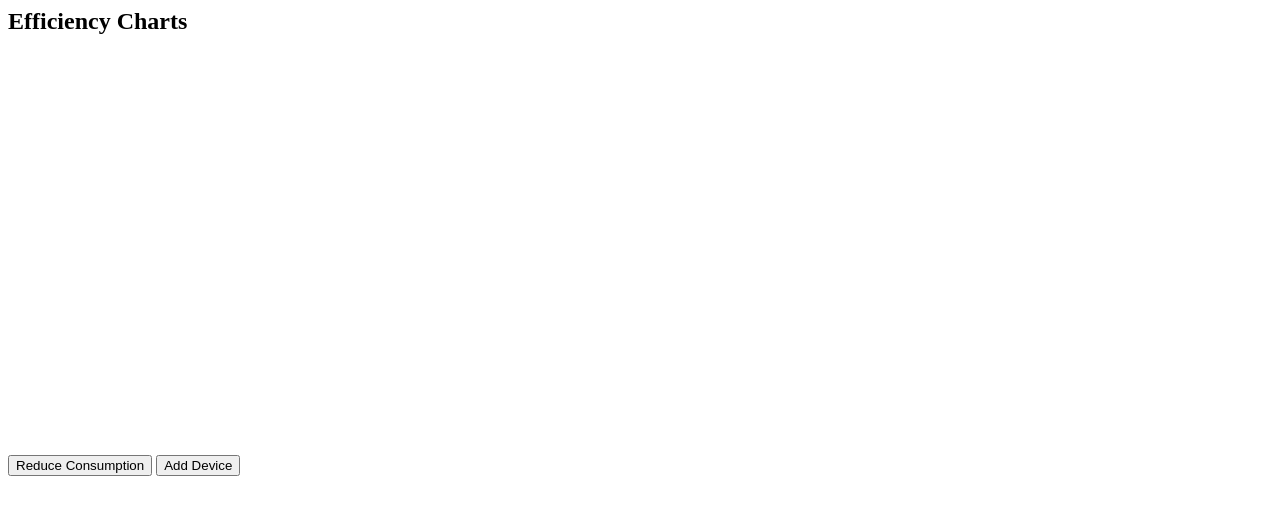
Repository: sau123/IoT-Distributive-System
Page: server/com.assignment2.server/WebContent/_views/efficiency.html
The author's editor kept a copy of each file at every save. The page is drawn from the files as they stood at one save, then again after the next save.
The browser window is 1280 px wide. The pictures show the whole page.

Above is the page before, as saved 2015-08-03 08:17:53.

After the next save:
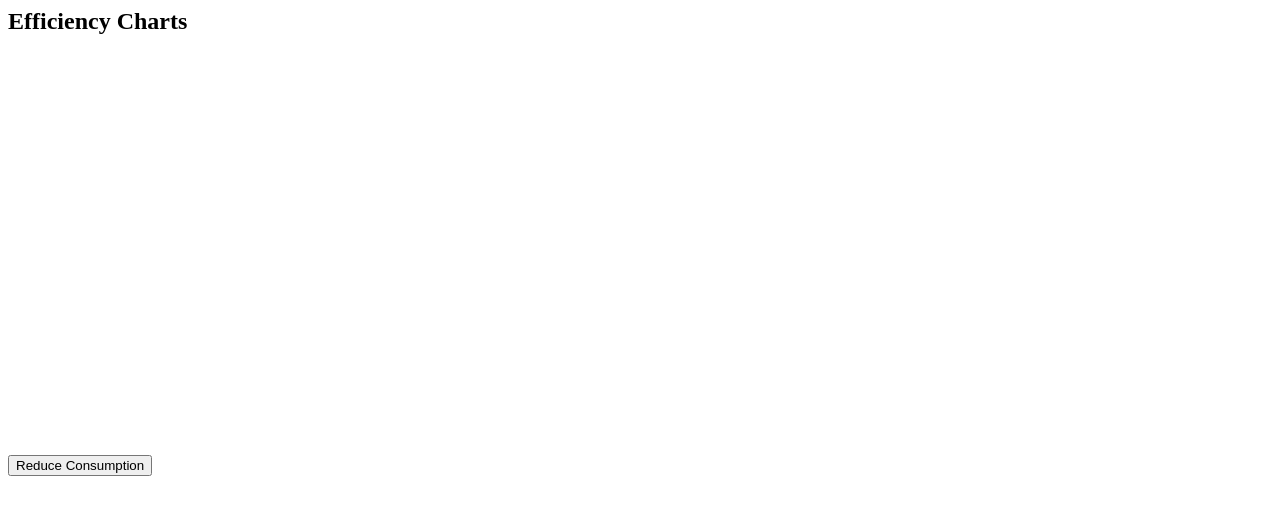
Saved 51 s later.
--- a/server/com.assignment2.server/WebContent/_views/efficiency.html
+++ b/server/com.assignment2.server/WebContent/_views/efficiency.html
@@ -6,10 +6,8 @@
 
 
 <div id="container" style="min-width: 310px; height: 400px; margin: 0 auto;"></div>
-
+<form ng-submit=callenergyConsumption()>
 <button type = "submit" style = 'color:black; text-align:"center"'
 ng-click=callenergyConsumption()>Reduce Consumption</button>
-
-	<button type="submit">Add Device</button>
-
+</form>
 </div>
